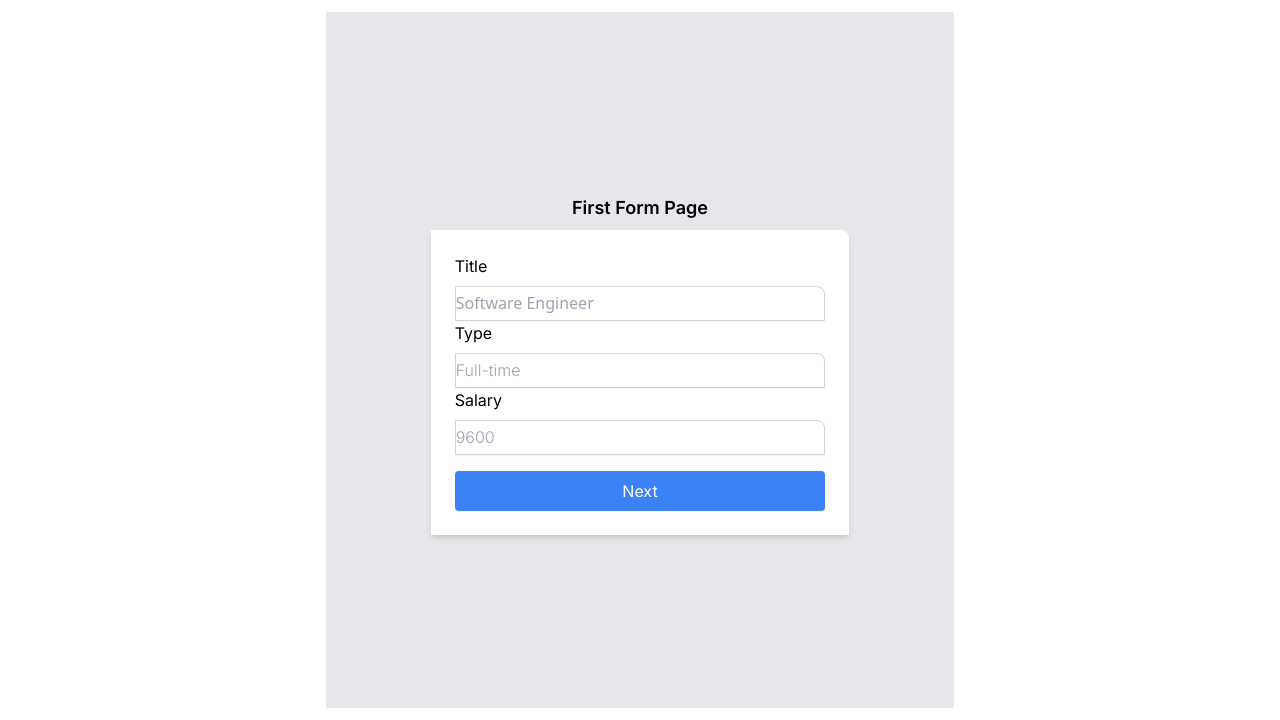
Repository: Abdibaye/Job-Sphere
Page: /form
These files come from the project's save history. The page is drawn as it stood at one moment and after the next save; the edit follows.
The browser window is 1280 px wide. The pictures show the whole page.
The project was rebuilt for these pictures with package versions that can differ from the ones it lists, and the page was loaded fresh each time. Also part of the build but not shown: vite.config.js, src/components/search.jsx, src/components/navbar.jsx, src/pages/descriptionpage.jsx, src/components/job.jsx, src/components/feed.jsx, src/components/saved.jsx, src/components/filter.jsx and 4 more.

Above is the page before, as saved 2025-02-23 01:43:33.

### index.html
<!doctype html>
<html lang="en">
  <head>
    <meta charset="UTF-8" />
    <link rel="icon" type="image/svg+xml" href="/vite.svg" />

    <link rel="preconnect" href="https://fonts.googleapis.com">
    <link rel="preconnect" href="https://fonts.gstatic.com" crossorigin>
    <link href="https://fonts.googleapis.com/css2?family=Inter:ital,opsz,wght@0,14..32,100..900;1,14..32,100..900&family=Open+Sans:ital,wght@0,300..800;1,300..800&family=Poppins:wght@100;200;300;400;600;700&display=swap" rel="stylesheet">

    <meta name="viewport" content="width=device-width, initial-scale=1.0" />
    <title>Vite + React</title>
  </head>
  <body>
    <div id="root"></div>
    <script type="module" src="/src/main.jsx"></script>
  </body>
</html>

### src/main.jsx
import { StrictMode } from 'react'
import { createRoot } from 'react-dom/client'
import './index.css'
import App from './App.jsx'
import Description from './pages/descriptionpage.jsx'
import HomePage from './pages/homepage.jsx'

createRoot(document.getElementById('root')).render(
  <StrictMode>
    <App />
  </StrictMode>,
)

### src/App.jsx
import Navbar from "./components/navbar";
import Description from "./pages/descriptionpage";
import HomePage from "./pages/homepage";
import LoginPage from "./pages/loginpage";
import SignUp from "./pages/Signup";
import { BrowserRouter, Routes, Route, Outlet } from "react-router-dom";
import Feed from "./components/feed";
import Forms from "./pages/formpage";

function App() {
  return (
    <BrowserRouter>
      <Routes>
        {/* Default route for login */}
        <Route path="/" element={<LoginPage />} />

        {/* Nested routes under Navbar */}
        <Route path="/navbar" element={<Navbar />}>
          <Route index element={<HomePage    />} /> {/* Default child route */}
          <Route path="description" element={<Description />} /> {/* Relative path */}
        </Route>

        {/* Signup route */}
        <Route path="/signup" element={<SignUp />} />


        <Route path='/form' element = {<Forms />} />
      </Routes>
    </BrowserRouter>
  );
}

export default App;

### src/pages/formpage.jsx
import { BrowserRouter, Routes, Route, Link, Outlet } from "react-router-dom";
import Form from "../components/form";



function Forms(){
    return(
        <>
        <div>
        <Form />
        <Outlet />
        </div>
        </>
    )


}



export default Forms;

### src/components/form.jsx
import { useFormik } from "formik";
import { formvalidation } from "./formvalidation";

const initialValues = {
  title: '',
  type: '',
  salary: ''
};

function Form() {
  const { values, handleBlur, handleChange, handleSubmit, errors } = useFormik({
    initialValues,
    validationSchema: formvalidation,
    onSubmit: (values) => {
      console.log(values);
    },
  });

  return (
    <div className="h-screen font-inter flex justify-center p-3">
      <div className="bg-gray-200 w-1/2 rounded-sm flex flex-col justify-center items-center">
        <h1 className="m-2 font-semibold text-lg">First Form Page</h1>
        <form
          onSubmit={handleSubmit}
          className="bg-white w-2/3 h-fit flex flex-col justify-center p-6 rounded-tr-lg shadow-md"
        >

          <label className="mb-2">Title</label>
          <input
            name="title"
            value={values.title}
            onChange={handleChange}
            onBlur={handleBlur}
            className="h-[35px] border border-gray-300 rounded-tr-lg shadow-sm focus:outline-none font-sans font-light"
            type="text"
            placeholder="Software Engineer"
          />
          {errors.title && <small className="text-red-500">{errors.title}</small>}


          <label className="mb-2">Type</label>
          <input
            name="type"
            value={values.type}
            onChange={handleChange}
            onBlur={handleBlur}
            className="h-[35px] border border-gray-300 rounded-tr-lg shadow-sm focus:outline-none font-light"
            type="text"
            placeholder="Full-time"
          />
          {errors.type && <small className="text-red-500">{errors.type}</small>}


          <label className="mb-2">Salary</label>
          <input
            name="salary"
            value={values.salary}
            onChange={handleChange}
            onBlur={handleBlur}
            className="h-[35px] border border-gray-300 rounded-tr-lg shadow-sm focus:outline-none font-light"
            type="text"
            placeholder="9600"
          />
          {errors.salary && <small className="text-red-500">{errors.salary}</small>}



          <button
            type="submit"
            className="mt-4 bg-blue-500 text-white py-2 px-4 rounded hover:bg-blue-600 transition-colors"
          >
            Next
          </button>
        </form>
      </div>
    </div>
  );
}

export default Form;

### src/components/formvalidation.jsx
import * as Yup from 'yup'

export const formvalidation = Yup.object({
    title: Yup.string().min(3).required("Enter title"),
    type: Yup.string().min(3).required("Enter Salary"),
    salary: Yup.number().min(1).required('please enter salary')
})

### tailwind.config.js
/** @type {import('tailwindcss').Config} */
export default {
  content: [
    "./index.html",
    "./src/**/*.{js,ts,jsx,tsx}",
  ],
  theme: {
    extend: {
      fontFamily: {
        'inter': ['Inter', 'sans-serif'],
      },
    },
  },
  plugins: [],
}

Loaded but not shown: src/index.css (common file)

After the next save:
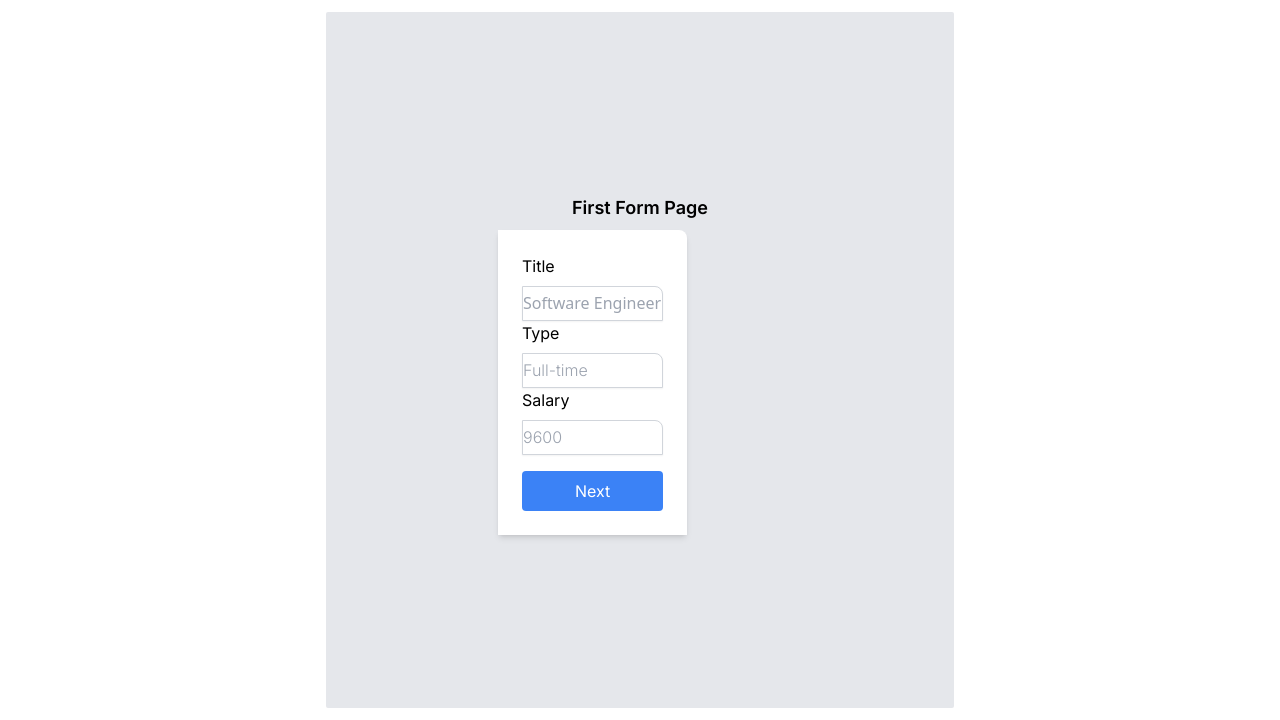
Saved 30 min 43 s later.
--- a/src/components/form.jsx
+++ b/src/components/form.jsx
@@ -1,5 +1,6 @@
 import { useFormik } from "formik";
 import { formvalidation } from "./formvalidation";
+import { useState } from "react";
 
 const initialValues = {
   title: '',
@@ -8,6 +9,9 @@ const initialValues = {
 };
 
 function Form() {
+
+  const [step, setStep] = useState(0);
+
   const { values, handleBlur, handleChange, handleSubmit, errors } = useFormik({
     initialValues,
     validationSchema: formvalidation,
@@ -20,7 +24,9 @@ function Form() {
     <div className="h-screen font-inter flex justify-center p-3">
       <div className="bg-gray-200 w-1/2 rounded-sm flex flex-col justify-center items-center">
         <h1 className="m-2 font-semibold text-lg">First Form Page</h1>
-        <form
+      { step === 0 &&
+        <section>
+          <form
           onSubmit={handleSubmit}
           className="bg-white w-2/3 h-fit flex flex-col justify-center p-6 rounded-tr-lg shadow-md"
         >
@@ -72,6 +78,10 @@ function Form() {
             Next
           </button>
         </form>
+        </section>}
+        <section>
+
+        </section>
       </div>
     </div>
   );
